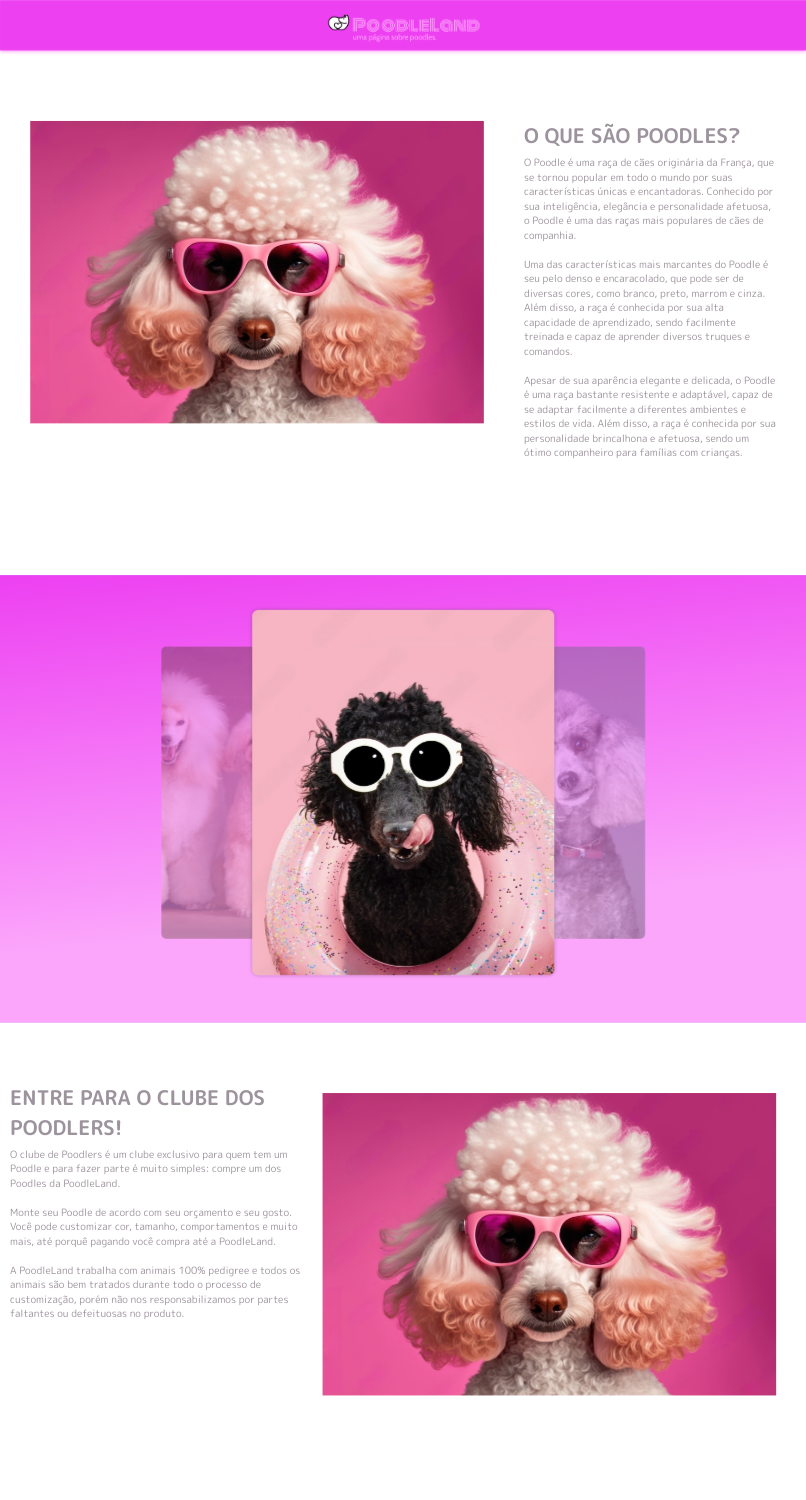
Repository: vinibalt/PoodleLand
Page: poddlelandia.html
The author's editor kept a copy of each file at every save. The page is drawn from the files as they stood at one save, then again after the next save.
The browser window is 1280 px wide. The pictures show the whole page, at 63% of full size.

Above is the page before, as saved 2023-05-12 22:09:59.

### poddlelandia.html
<!DOCTYPE html>
<html lang="en">

<head>
    <meta charset="UTF-8">
    <meta http-equiv="X-UA-Compatible" content="IE=edge">
    <meta name="viewport" content="width=device-width, initial-scale=1.0">
    <link rel="stylesheet" href="./assets/css/styles.css">
    <title> PoodleLand </title>
</head>

<body>
    <header class="header">
        <div class="content">
            <img src="./assets/img/logo-poodleland.png" alt="" height="60px">
        </div>
    </header>

    <section class="section-one row">
        <div class="img-one">
            <img src="./assets/img/poddle-lindo.jpeg" alt="" height="480px">
        </div>

        <div class="text-one">
            <h1>O QUE SÃO POODLES?</h1>
            <p>
                O Poodle é uma raça de cães originária da França, que se tornou popular em todo o mundo por suas
                características únicas e encantadoras. Conhecido por sua inteligência, elegância e personalidade
                afetuosa, o Poodle é uma das raças mais populares de cães de companhia. <br><br>
                Uma das características mais marcantes do Poodle é seu pelo denso e encaracolado, que pode ser de
                diversas cores, como branco, preto, marrom e cinza. Além disso, a raça é conhecida por sua alta
                capacidade de aprendizado, sendo facilmente treinada e capaz de aprender diversos truques e comandos.
                <br><br>
                Apesar de sua aparência elegante e delicada, o Poodle é uma raça bastante resistente e adaptável, capaz
                de se adaptar facilmente a diferentes ambientes e estilos de vida. Além disso, a raça é conhecida por
                sua personalidade brincalhona e afetuosa, sendo um ótimo companheiro para famílias com crianças.
                <br><br>

            </p>
        </div>
    </section>

    <section class="section-carousel">

        <div class="container">
            <input type="radio" name="slider" id="item-1" checked>
            <input type="radio" name="slider" id="item-2">
            <input type="radio" name="slider" id="item-3">
          <div class="cards">
            <label class="card" for="item-1" id="song-1">
              <img class="img-carousel" src="./assets/img/poodle-praiano.jpeg" alt="song">
            </label>
            <label class="card" for="item-2" id="song-2">
              <img class="img-carousel" src="./assets/img/poodle-cinza-transformed.jpeg" alt="song">
            </label>
            <label class="card" for="item-3" id="song-3">
              <img class="img-carousel" src="./assets/img/poodle-varias-cores-transformed.jpeg" alt="song">
            </label>
          </div>
        </div>

    </section>

    <section class="section-two row">
        <div class="text-two">
            <h1>ENTRE PARA O CLUBE DOS POODLERS!</h1>
            <p>
                O clube de Poodlers é um clube exclusivo para quem tem um Poodle e para fazer parte é muito simples:
                compre um dos Poodles da PoodleLand. <br><br>
                Monte seu Poodle de acordo com seu orçamento e seu gosto. Você pode customizar cor, tamanho, comportamentos
                e muito mais, até porquê pagando você compra até a PoodleLand.
                <br><br>
                A PoodleLand trabalha com animais 100% pedigree e todos os animais são bem tratados durante todo o processo
                de customização, porém não nos responsabilizamos por partes faltantes ou defeituosas no produto.
                <br><br>

            </p>
        </div>

        <div class="img-two">
            <img src="./assets/img/poddle-lindo.jpeg" alt="" height="480px">
        </div>
    </section>

    <footer>

    </footer>
</body>

</html>

### assets/css/styles.css
@import url('https://fonts.googleapis.com/css2?family=Heebo:wght@300;400;500;600;700;800;900&display=swap');
@import url('https://fonts.googleapis.com/css2?family=M+PLUS+Rounded+1c:wght@100;300;400;500;700;800;900&display=swap');
/* font-family: 'Heebo', sans-serif; */

* {
    padding: 0;
    margin: 0;

    font-family: 'M PLUS Rounded 1c', sans-serif;
}

body {
    scroll-behavior: smooth;
}

.header {
    height: 80px;
    position: sticky;
    top: 0;
    background-color: #ed40f1;
    box-shadow: 0px 3px 5px 0px rgba(255,171,252,1);

    justify-content: center;
    align-items: center;
    text-align: center;

    z-index: 2;
}

.content img {
    padding-top: 1rem;
    border-radius: .5rem;

    border-radius: 8px;
}

.section-one, .section-two {
    height: auto;
    padding-top: 4rem;

    padding: 4rem 1rem 8rem 1rem;
    color: #9c939c;
}

.img-one, .text-one, .img-two{
    padding: 3rem 2rem 2rem;
}

.text-one {

}

.text-one > h1 {
 font-size: 32px;
 font-weight: 700;

 padding-bottom: .5rem;
}

.text-two > h1 {
    font-size: 32px;
    font-weight: 700;

    padding-bottom: .5rem;
   }

.text-one > p {
    font-size: 16px;
    font-weight: 400;
}

.text-two > p {
    font-size: 16px;
    font-weight: 400;
}

.text-two {
   padding-top: 2rem;
}

.section-carousel {
    height: 650px;
    /* background-color: #fba5fb; */
    background: rgb(237,64,241);
    background: linear-gradient(174deg, rgba(237,64,241,1) 0%, rgba(251,165,251,1) 71%);
}








.row {
    display: flex;
    flex-direction: row;
}

.column {
    display: flex;
    flex-direction: column;
}







@import url("https://fonts.googleapis.com/css?family=DM+Sans:400,500,700&display=swap");



.section-carousel {
  display: flex;
  align-items: center;
  justify-content: center;
  padding: 30px 10px;
  font-family: 'DM Sans', sans-serif;
  transition: background .4s ease-in;
  background-color: #c394f8;

  &.blue {
    background-color: #428aa6;
  }
}

input[type=radio] {
  display: none;
}

.card {
  position: absolute;
  width: 60%;
  height: 100%;
  left: 0;
  right: 0;
  margin: auto;
  transition: transform .4s ease;
  cursor: pointer;
}

.container {
  width: 100%;
  max-width: 800px;
  max-height: 600px;
  height: 100%;
  transform-style: preserve-3d;
  display: flex;
  justify-content: center;
  flex-direction: column;
  align-items: center;
}

.cards {
  position: relative;
  width: 100%;
  height: 100%;
  margin-bottom: 20px;

  z-index: 1;
}

.img-carousel {
  width: 100%;
  height: 100%;
  border-radius: 10px;
  object-fit: cover;
}

#item-1:checked ~ .cards #song-3, #item-2:checked ~ .cards #song-1, #item-3:checked ~ .cards #song-2 {
  transform: translatex(-40%) scale(.8);
  opacity: .4;
  z-index: 0;
}

#item-1:checked ~ .cards #song-2, #item-2:checked ~ .cards #song-3, #item-3:checked ~ .cards #song-1 {
  transform: translatex(40%) scale(.8);
  opacity: .4;
  z-index: 0;
}

#item-1:checked ~ .cards #song-1, #item-2:checked ~ .cards #song-2, #item-3:checked ~ .cards #song-3 {
  transform: translatex(0) scale(1);
  opacity: 1;
  z-index: 1;

  img {
    box-shadow: 0px 0px 5px 0px rgba(81, 81, 81, 0.47);
  }
}

.player {
  background-color: #fff;
  border-radius: 8px;
  min-width: 320px;
  padding: 16px 10px;
}

.upper-part {
  position: relative;
  display: flex;
  align-items: center;
  margin-bottom: 12px;
  height: 36px;
  overflow: hidden;
}

.play-icon{ margin-right: 10px; }

.song-info {
  width: calc(100% - 32px);
  display: block;
}

.song-info .title {
  color: #403d40;
  font-size: 14px;
  line-height: 24px;
}

.sub-line {
  display: flex;
  justify-content: space-between;
  width: 100%;
}

.subtitle, .time {
  font-size: 12px;
  line-height: 16px;
  color: #c6c5c6;
}

.time {
  font-size: 12px;
  line-height: 16px;
  color: #a5a5a5;
  font-weight: 500;
  margin-left: auto;
}

.progress-bar {
  height: 3px;
  width: 100%;
  background-color: #e9efff;
  border-radius: 2px;
  overflow: hidden;
}

.progress {
  display: block;
  position: relative;
  width: 60%;
  height: 100%;
  background-color: #2992dc;
  border-radius: 6px;
}

.info-area {
  width: 100%;
  position: absolute;
  top: 0;
  left: 30px;
  transition: transform .4s ease-in;
}

#item-2:checked ~ .player #test {
  transform: translateY(0);
}

#item-2:checked ~ .player #test  {
  transform: translateY(-40px);
}

#item-3:checked ~ .player #test  {
  transform: translateY(-80px);
}

After the next save:
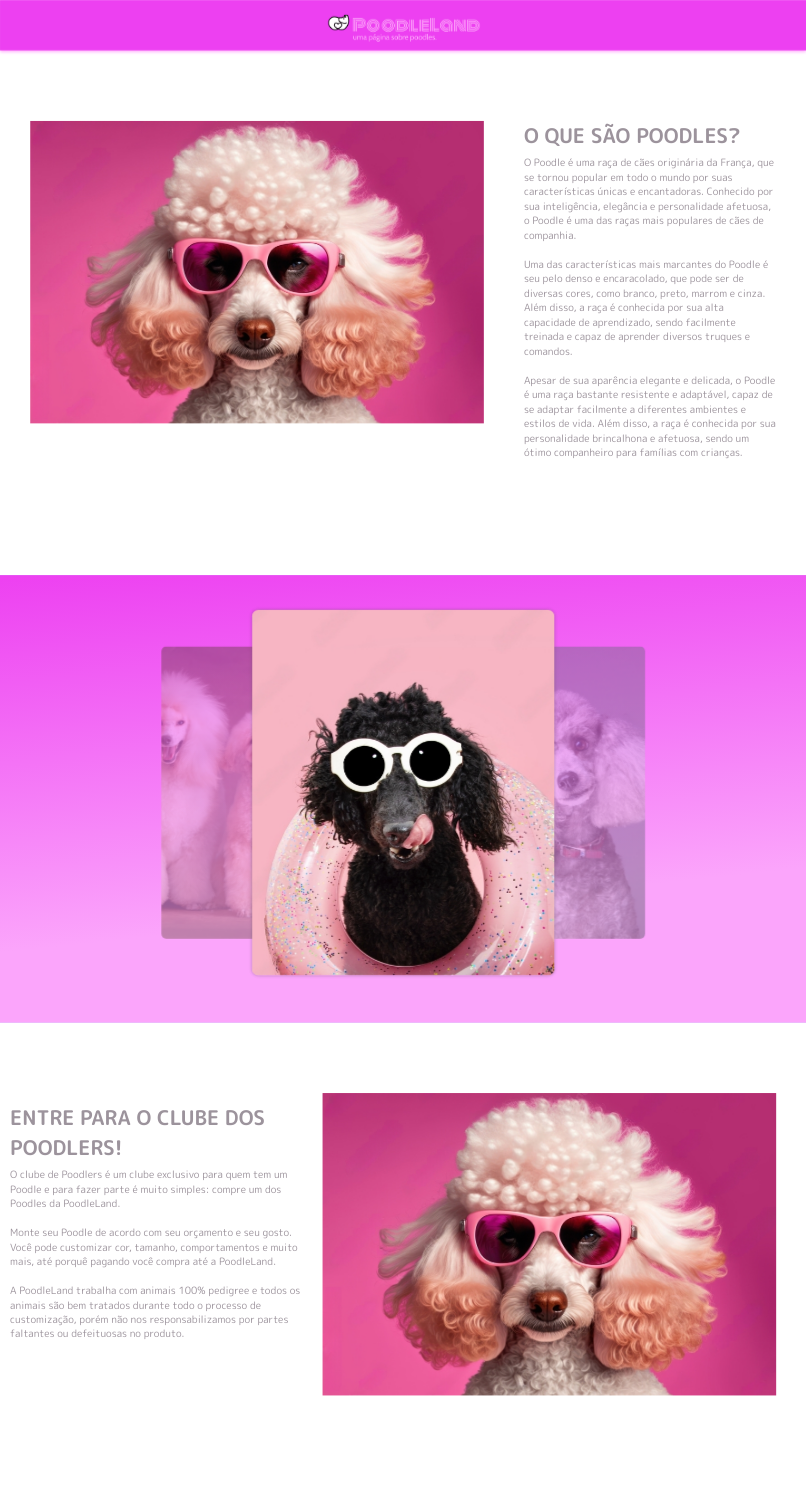
Saved 15 s later.
--- a/assets/css/styles.css
+++ b/assets/css/styles.css
@@ -75,7 +75,7 @@ body {
 }
 
 .text-two {
-   padding-top: 2rem;
+   padding-top: 4rem;
 }
 
 .section-carousel {
